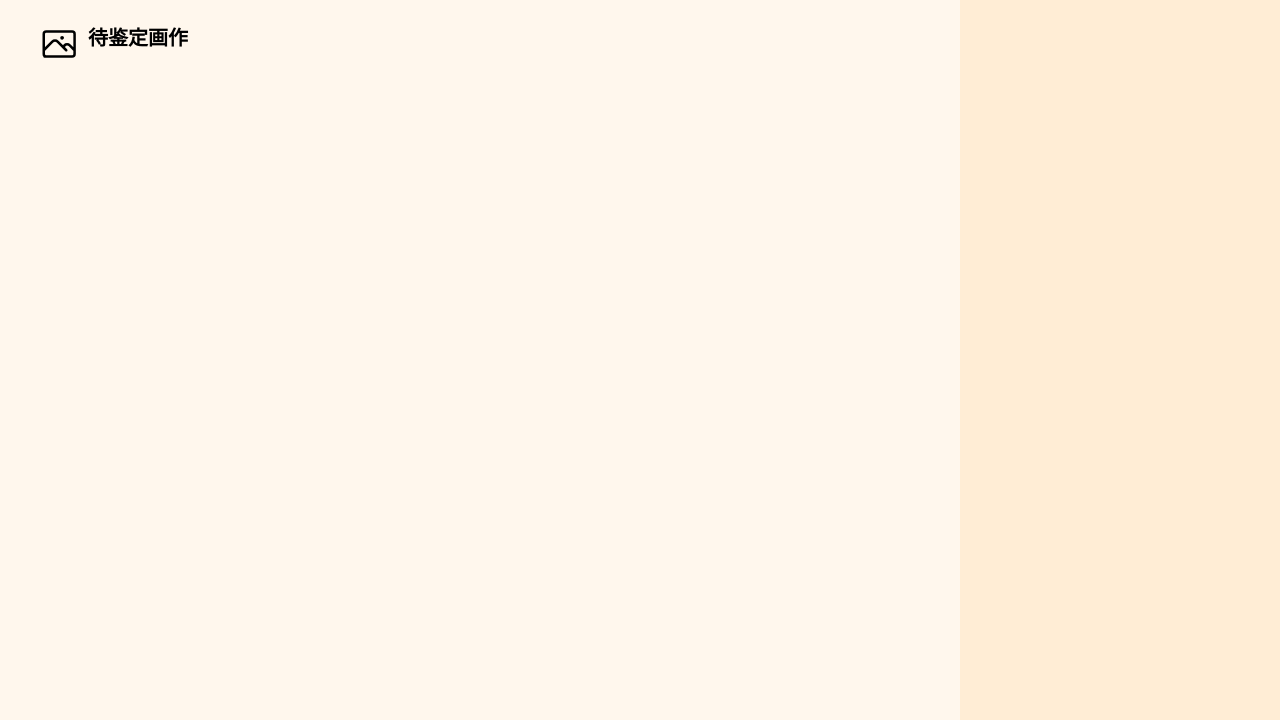
Repository: gaosth/Eyesee
Page: /dtail
The author's editor kept a copy of each file at every save. The page is drawn from the files as they stood at one save, then again after the next save.
The browser window is 1280 px wide. The pictures show the whole page.
The project was rebuilt for these pictures with package versions that can differ from the ones it lists, and the page was loaded fresh each time. Also part of the build but not shown: vite.config.js, src/components/WelcomeItem.vue, src/components/icons/IconDocumentation.vue, src/components/icons/IconTooling.vue, src/components/icons/IconEcosystem.vue, src/components/icons/IconCommunity.vue, src/components/icons/IconSupport.vue, src/components/TheWelcome.vue and 5 more.

Above is the page before, as saved 2024-03-15 11:41:08.

After the next save:
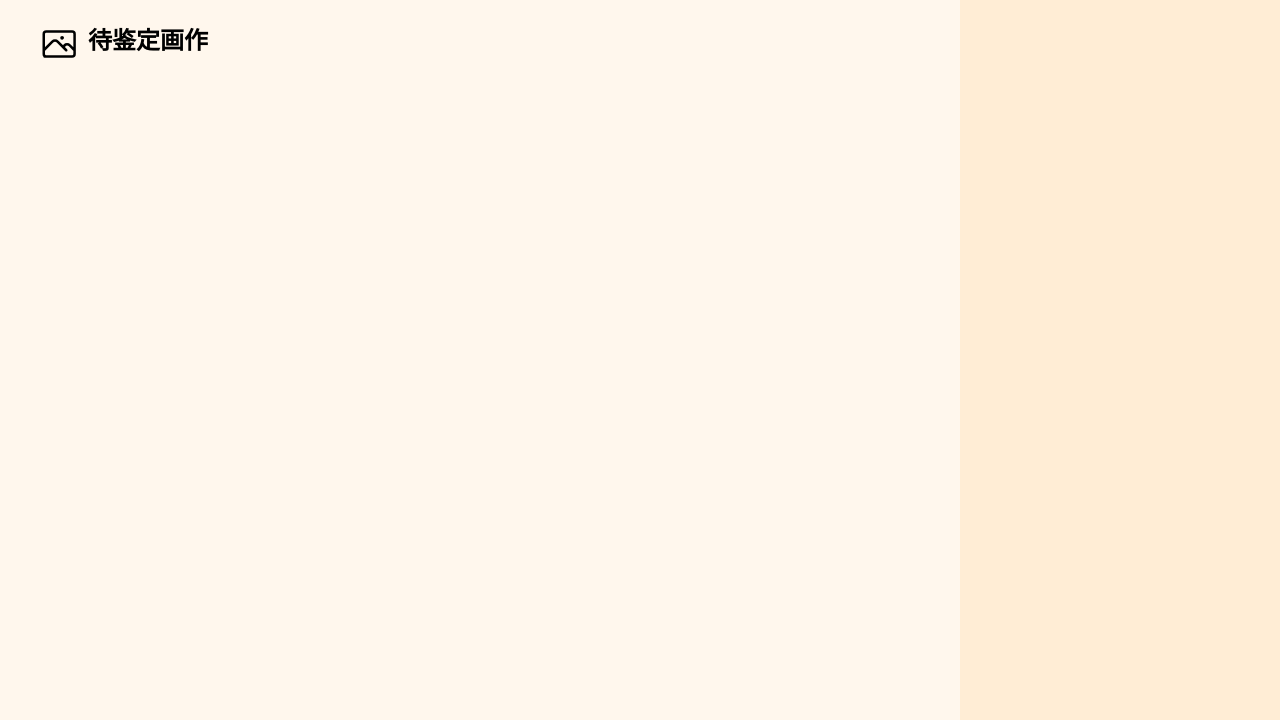
Saved 4 s later.
--- a/src/views/DetailView.vue
+++ b/src/views/DetailView.vue
@@ -7,7 +7,7 @@
                     <path stroke-linecap="round" stroke-linejoin="round" d="m2.25 15.75 5.159-5.159a2.25 2.25 0 0 1 3.182 0l5.159 5.159m-1.5-1.5 .409-1.409a2.25 2.25 0 0 1 3.182 0l2.909 2.909m-18 3.75h16.5a1.5 1.5 0 0 0 1.5-1.5V6a1.5 1.5 0 0 0-1.5-1.5H3.75A1.5 1.5 0 0 0 2.25 6v12a1.5 1.5 0 0 0 1.5 1.5Zm10.5-11.25h.008v.008h-.008V8.25Zm.375 0a.375.375 0 1 1-.75 0 .375.375 0 0 1 .75 0Z" />
                 </svg>
                 </div>
-                <div class="text-xl ml-2 font-bold">
+                <div class="text-2xl ml-2 font-bold">
                     待鉴定画作
                 </div>
             </div>
